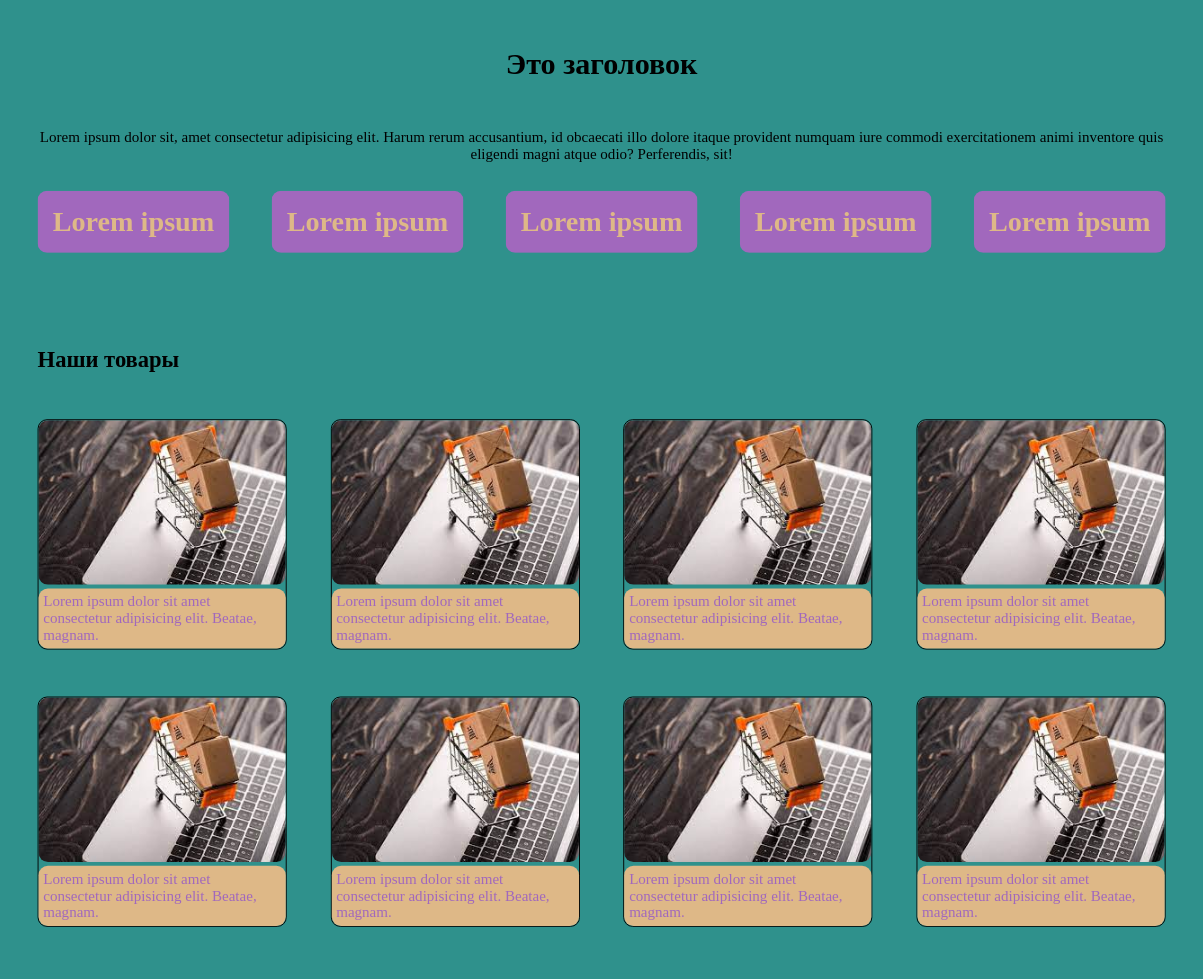
Repository: annamsklv/web
Page: seminar2_26.01/index.html
An editor plug-in stored every save of this project. The page is shown before and after the next save, followed by the edit.
The browser window is 1280 px wide. The pictures show the whole page, at 94% of full size.
Some web fonts or font styles are not loaded; a fallback is used.

Above is the page before, as saved 2023-02-01 18:36:07.

### seminar2_26.01/index.html
<!DOCTYPE html>
<html lang="en">
<head>
    <meta charset="UTF-8">
    <meta http-equiv="X-UA-Compatible" content="IE-edge">
    <meta name="viewport" content="width=device-width, initial-scale=1.0">
    <title>Моя вторая страница</title>
    <!-- <link rel="preconnect" href="https://fonts.googleapis.com">
<link rel="preconnect" href="https://fonts.gstatic.com" crossorigin>
<link href="https://fonts.googleapis.com/css2?family=Pacifico&display=swap" rel="stylesheet">
    <link rel="stylesheet" href="test2.css"> -->
    <link rel="preconnect" href="https://fonts.googleapis.com">
<link rel="preconnect" href="https://fonts.gstatic.com" crossorigin>
<link href="https://fonts.googleapis.com/css2?family=Ruslan+Display&display=swap" rel="stylesheet">
    <link rel="stylesheet" href="test2.css">

</head>
<body>
    <div class="header">
     <div class="container">
        <h1 class="title">Это заголовок</h1>
    <p class="description">Lorem ipsum dolor sit, amet consectetur adipisicing elit. Harum rerum accusantium, id obcaecati illo dolore itaque provident numquam iure commodi exercitationem animi inventore quis eligendi magni atque odio? Perferendis, sit!</p>
    <div class="nav">
     <a class="nav-link"href="#">Lorem ipsum</a>
     <a class="nav-link"href="#">Lorem ipsum</a>
     <a class="nav-link" href="#">Lorem ipsum</a>
     <a class="nav-link"href="#">Lorem ipsum</a>
     <a class="nav-link"href="#">Lorem ipsum</a>
    </div>
     </div>
     </div>

    <div class="content">
        <div class="container">
            <h2 xlass="subtitle">Наши товары</h2>
        <div class="item-box">
                <div class="item">
                    <img class="item-pic" src="img/product.jpeg" alt="product">
                    <a class="item-link" href="test3.html">Lorem ipsum dolor sit amet consectetur adipisicing elit. Beatae, magnam.</a>
                </div>
                <div class="item">
                    <img class="item-pic" src="img/product.jpeg" alt="product">
                    <a class="item-link" href="test3.html">Lorem ipsum dolor sit amet consectetur adipisicing elit. Beatae, magnam.</a>
                </div>
                <div class="item">
                    <img class="item-pic" src="img/product.jpeg" alt="product">
                    <a class="item-link" href="test3.html">Lorem ipsum dolor sit amet consectetur adipisicing elit. Beatae, magnam.</a>
                </div>
                <div class="item">
                    <img class="item-pic" src="img/product.jpeg" alt="product">
                    <a class="item-link" href="test3.html">Lorem ipsum dolor sit amet consectetur adipisicing elit. Beatae, magnam.</a>
                </div>
                <div class="item">
                    <img class="item-pic" src="img/product.jpeg" alt="product">
                    <a class="item-link" href="test3.html">Lorem ipsum dolor sit amet consectetur adipisicing elit. Beatae, magnam.</a>
                </div>
                <div class="item">
                    <img class="item-pic" src="img/product.jpeg" alt="product">
                    <a class="item-link" href="test3.html">Lorem ipsum dolor sit amet consectetur adipisicing elit. Beatae, magnam.</a>
                </div>
                <div class="item">
                    <img class="item-pic" src="img/product.jpeg" alt="product">
                    <a class="item-link" href="test3.html">Lorem ipsum dolor sit amet consectetur adipisicing elit. Beatae, magnam.</a>
                </div>
                <div class="item">
                    <img class="item-pic" src="img/product.jpeg" alt="product">
                    <a class="item-link" href="test3.html">Lorem ipsum dolor sit amet consectetur adipisicing elit. Beatae, magnam.</a>
                </div>
            </div>
            </div>
        </div>


    <div class="footer">
    <div class="container">

    </div>
    </div>
</body>
</html>

### seminar2_26.01/test2.css
* {
    margin: 0;
    padding: 0;
}

body{
    background-color: rgb(47, 145, 140);
}
.container{
    width: 1200px;
    margin: 0 auto;
}



.nav-link{
    color: burlywood;
    font-size: 30px;
    font-weight: bold;
    text-decoration: none;
    padding: 15px;
    background-color: rgb(161, 104, 189);
    border-radius: 10px;
    display: block;
    border: 1px solid transparent;

}

.title, .description, .subtitle{
    text-align: center;
    margin-top: 50px;
}

.nav{
    margin-top: 30px;
    display: flex;
    justify-content: space-between;
}

.nav-link:hover{
    border: 1 px solid darkmagenta;
    color: darkmagenta;
    background-color: white;
}

.item{
    width: 263px;
    border: 1px solid black;
    border-radius: 10px;

}

.item-pic{
    width: 100%;
    border-radius: 10px;
}

.content{
    margin-top: 100px;
}

.item-box{
    margin-top: 50px;
    display: flex;
    flex-wrap: wrap;
    justify-content:space-between;
}

.subtitle{
    font-family: 'Ruslan Display', cursive;
    font-size: 30px;
}
.item{
    margin-bottom: 50px;
}

.item-link {
    padding: 5px;
    background-color: burlywood;
    display: block;
    border-radius: 10px;
    font-family: 'Ruslan Display', cursive;
    text-decoration: none;
    color: rgb(161, 104, 189);
}

After the next save:
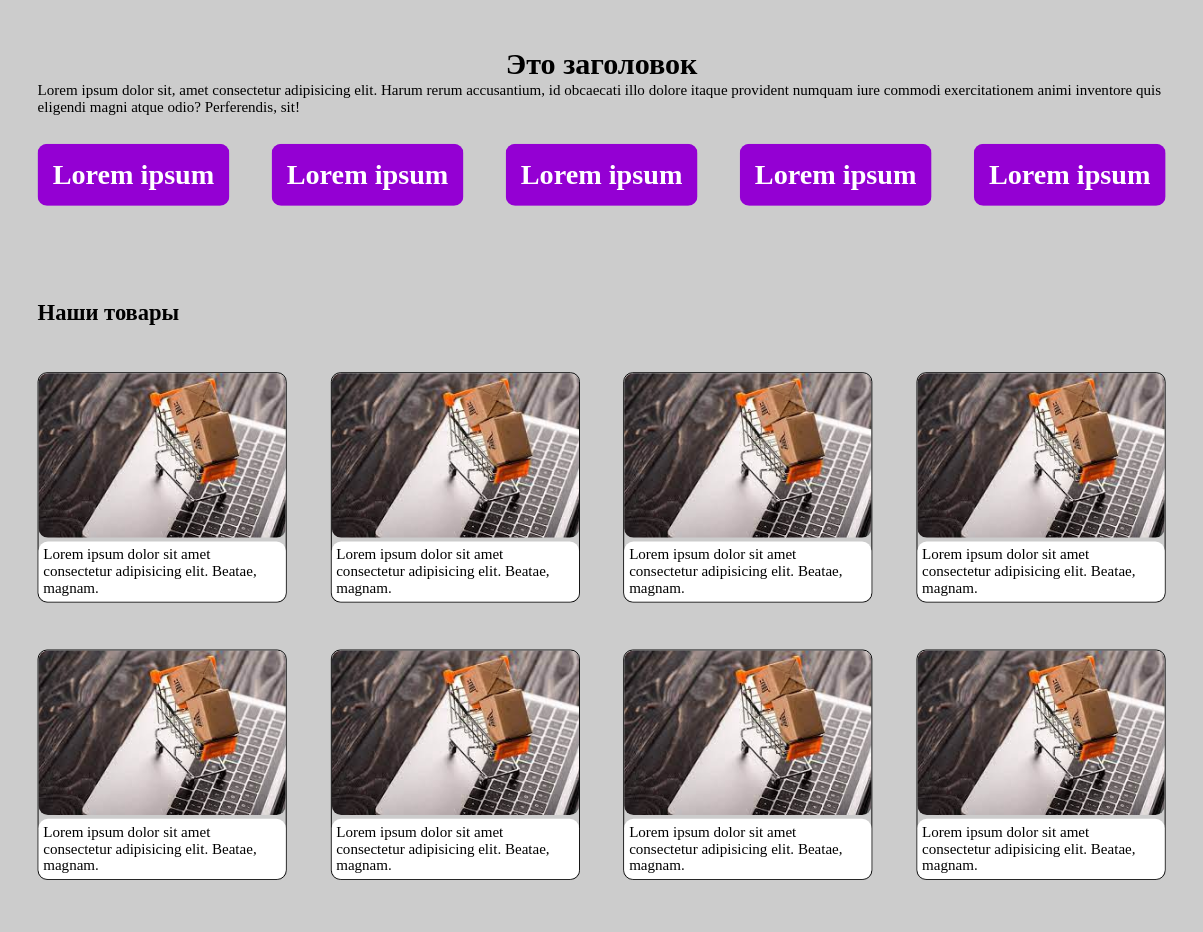
Saved 4 min 55 s later.
--- a/seminar2_26.01/test2.css
+++ b/seminar2_26.01/test2.css
@@ -3,83 +3,95 @@
     padding: 0;
 }
 
-body{
-    background-color: rgb(47, 145, 140);
+
+
+
+body {
+    background-color: #ccc;
+
 }
-.container{
+
+.container {
     width: 1200px;
     margin: 0 auto;
+
+
 }
 
 
 
-.nav-link{
-    color: burlywood;
+.nav-link {
     font-size: 30px;
     font-weight: bold;
+    color: #fff;
     text-decoration: none;
     padding: 15px;
-    background-color: rgb(161, 104, 189);
+    background-color: darkviolet;
     border-radius: 10px;
     display: block;
     border: 1px solid transparent;
-
 }
 
-.title, .description, .subtitle{
+.title, .desc, .subtitle {
     text-align: center;
     margin-top: 50px;
 }
 
-.nav{
+.nav {
     margin-top: 30px;
     display: flex;
     justify-content: space-between;
 }
 
-.nav-link:hover{
-    border: 1 px solid darkmagenta;
-    color: darkmagenta;
-    background-color: white;
+.nav-link:hover {
+    border: 1px solid darkviolet;
+    color: darkviolet;
+    background-color: #fff;
 }
 
-.item{
+
+.item {
     width: 263px;
-    border: 1px solid black;
+    border: 1px solid #000;
     border-radius: 10px;
-
 }
 
-.item-pic{
+.item-pic {
     width: 100%;
     border-radius: 10px;
 }
 
-.content{
+.content {
     margin-top: 100px;
 }
 
-.item-box{
+
+
+.item-box {
     margin-top: 50px;
     display: flex;
     flex-wrap: wrap;
-    justify-content:space-between;
+    justify-content: space-between;
+
 }
 
-.subtitle{
+.subtitle {
     font-family: 'Ruslan Display', cursive;
     font-size: 30px;
 }
-.item{
+
+
+.item {
     margin-bottom: 50px;
 }
 
+
 .item-link {
     padding: 5px;
-    background-color: burlywood;
+    background-color: #fff;
     display: block;
     border-radius: 10px;
     font-family: 'Ruslan Display', cursive;
     text-decoration: none;
-    color: rgb(161, 104, 189);
+    color: #000;
 }

After the save that followed:
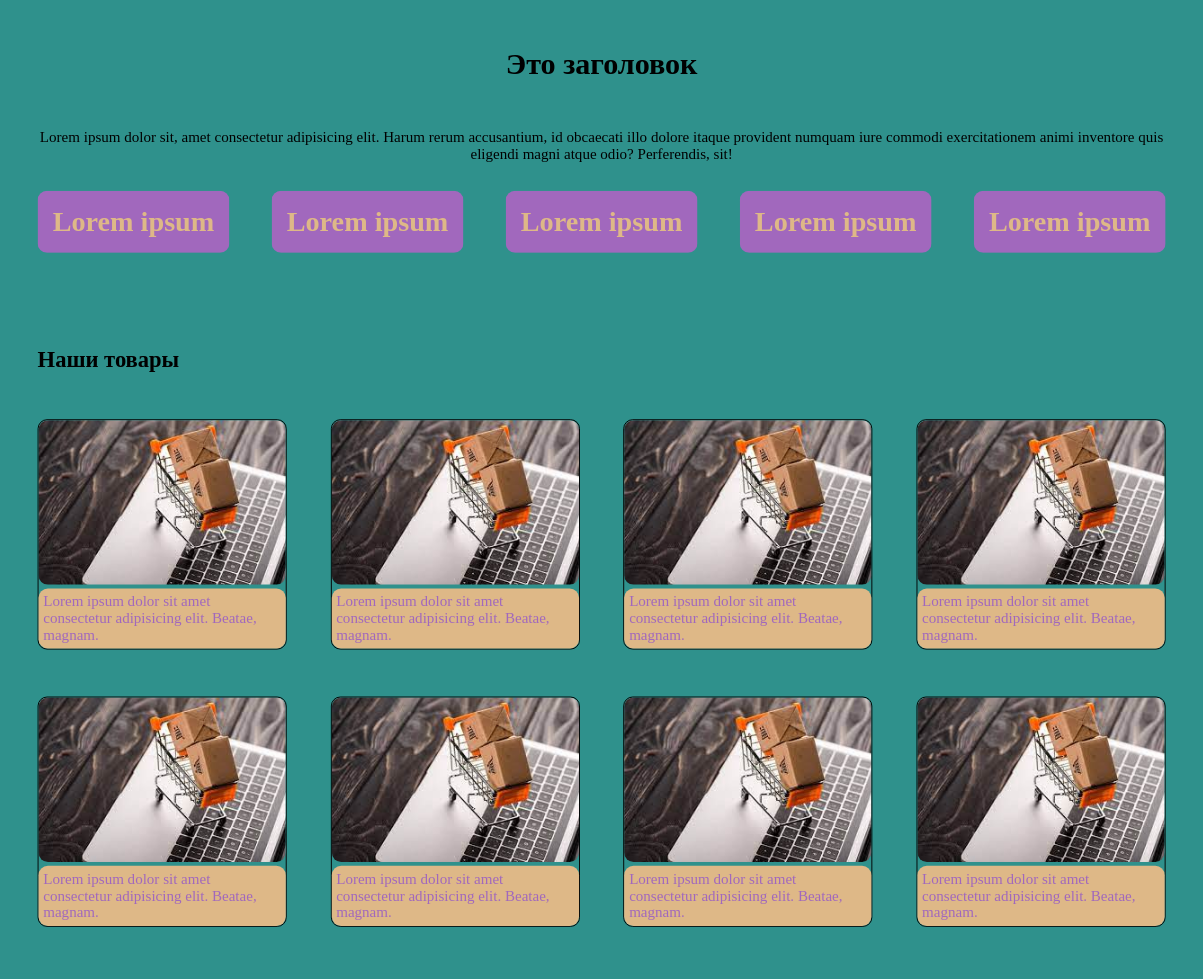
Saved 13 s later.
--- a/seminar2_26.01/test2.css
+++ b/seminar2_26.01/test2.css
@@ -3,95 +3,83 @@
     padding: 0;
 }
 
-
-
-
-body {
-    background-color: #ccc;
-
+body{
+    background-color: rgb(47, 145, 140);
 }
-
-.container {
+.container{
     width: 1200px;
     margin: 0 auto;
-
-
 }
 
 
 
-.nav-link {
+.nav-link{
+    color: burlywood;
     font-size: 30px;
     font-weight: bold;
-    color: #fff;
     text-decoration: none;
     padding: 15px;
-    background-color: darkviolet;
+    background-color: rgb(161, 104, 189);
     border-radius: 10px;
     display: block;
     border: 1px solid transparent;
+
 }
 
-.title, .desc, .subtitle {
+.title, .description, .subtitle{
     text-align: center;
     margin-top: 50px;
 }
 
-.nav {
+.nav{
     margin-top: 30px;
     display: flex;
     justify-content: space-between;
 }
 
-.nav-link:hover {
-    border: 1px solid darkviolet;
-    color: darkviolet;
-    background-color: #fff;
+.nav-link:hover{
+    border: 1 px solid darkmagenta;
+    color: darkmagenta;
+    background-color: white;
 }
 
+.item{
+    width: 263px;
+    border: 1px solid black;
+    border-radius: 10px;
 
-.item {
-    width: 263px;
-    border: 1px solid #000;
-    border-radius: 10px;
 }
 
-.item-pic {
+.item-pic{
     width: 100%;
     border-radius: 10px;
 }
 
-.content {
+.content{
     margin-top: 100px;
 }
 
-
-
-.item-box {
+.item-box{
     margin-top: 50px;
     display: flex;
     flex-wrap: wrap;
-    justify-content: space-between;
-
+    justify-content:space-between;
 }
 
-.subtitle {
+.subtitle{
     font-family: 'Ruslan Display', cursive;
     font-size: 30px;
 }
-
-
-.item {
+.item{
     margin-bottom: 50px;
 }
 
-
 .item-link {
     padding: 5px;
-    background-color: #fff;
+    background-color: burlywood;
     display: block;
     border-radius: 10px;
     font-family: 'Ruslan Display', cursive;
     text-decoration: none;
-    color: #000;
+    color: rgb(161, 104, 189);
 }
